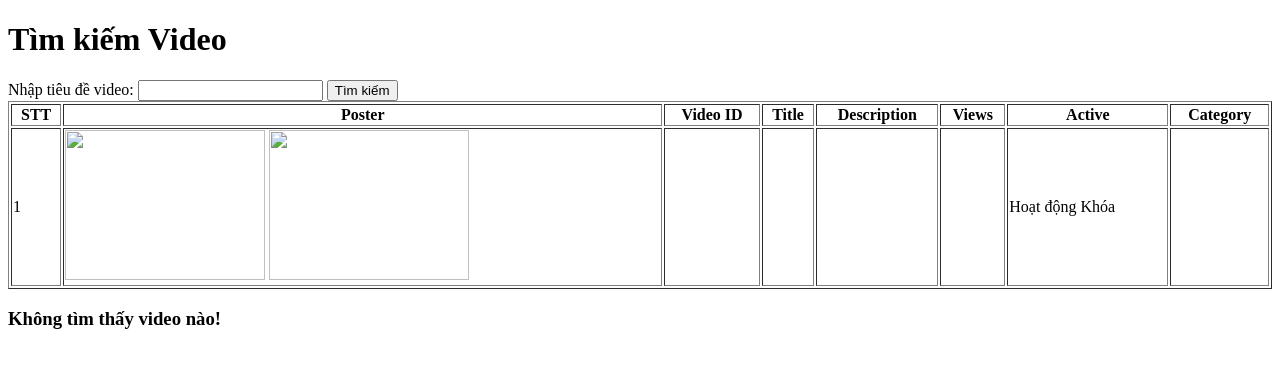
Repository: thuctrantrong/JPA
Page: http://localhost/JPA/admin/video/search
An editor plug-in stored every save of this project. The page is shown before and after a run of saves, followed by the edit.
The browser window is 1280 px wide. The pictures show the whole page.
The page is served by Tomcat 10.

Above is the page before, as saved 2024-10-15 09:08:54.

After the next 2 saves:
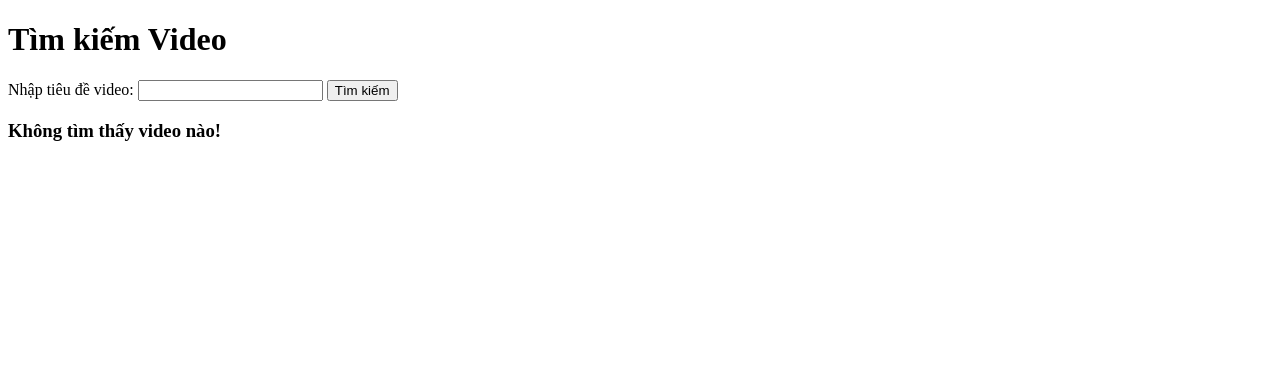
The 2 saves are shown as one change because they came seconds apart.
The last was saved 2 min 42 s later.
--- a/JPA/src/main/webapp/resources/views/admin/video-search.jsp
+++ b/JPA/src/main/webapp/resources/views/admin/video-search.jsp
@@ -1,5 +1,7 @@
 <%@ page language="java" contentType="text/html; charset=UTF-8"
     pageEncoding="UTF-8"%>
+<%@ taglib prefix="c" uri="jakarta.tags.core" %>
+
 <!DOCTYPE html>
 <html>
 <head>
